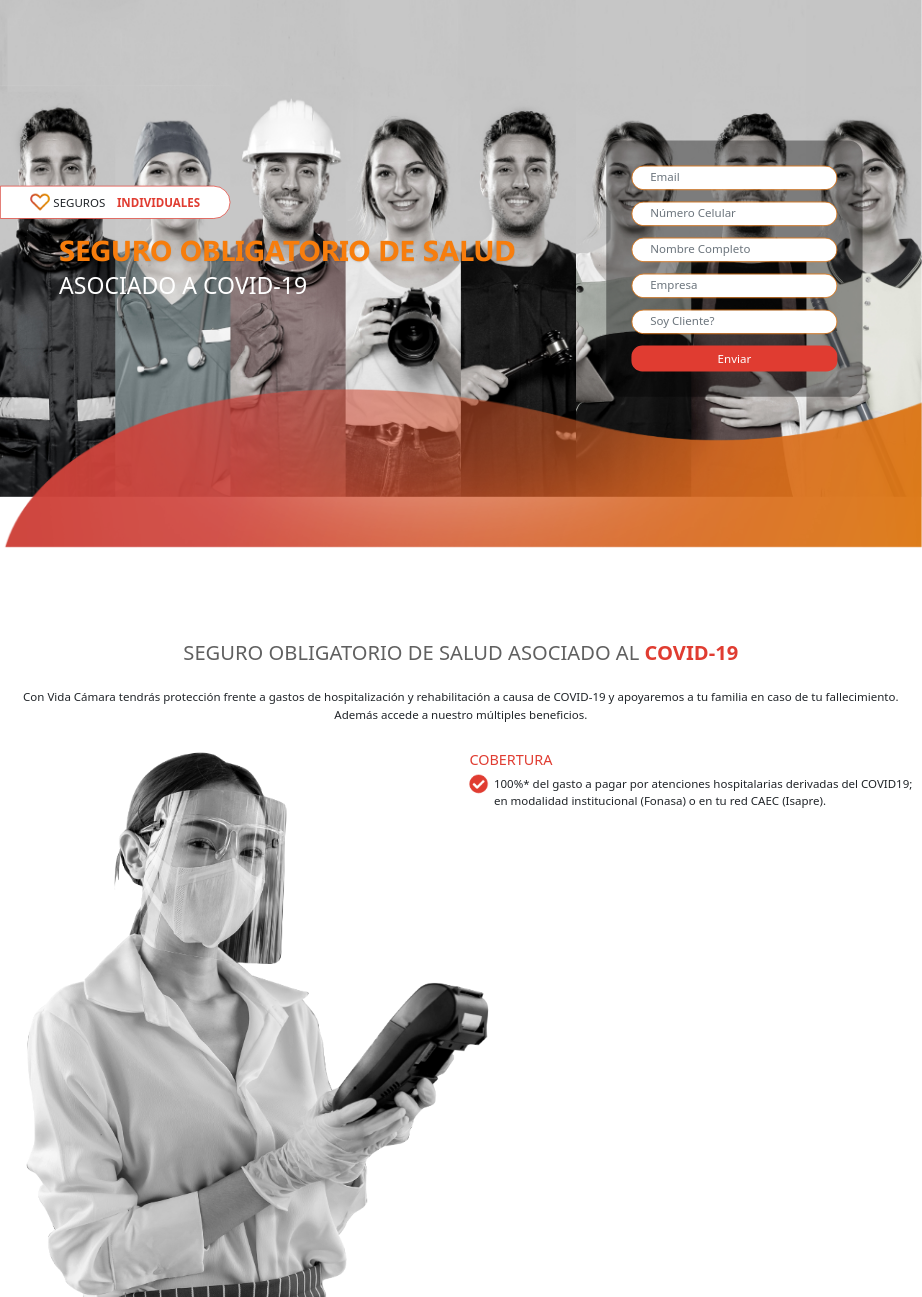
Repository: Darigo30/vidacamara
Page: index.html
These files come from the project's save history. The page is drawn as it stood at one moment and after the next save; the edit follows.
The browser window is 1280 px wide. The pictures show the whole page, at 72% of full size.
Some web fonts or font styles are not loaded; a fallback is used. Some web libraries are served in a nearby version.

Above is the page before, as saved 2021-07-28 22:53:24.
Not found: assets/js/custom.js

After the next save:
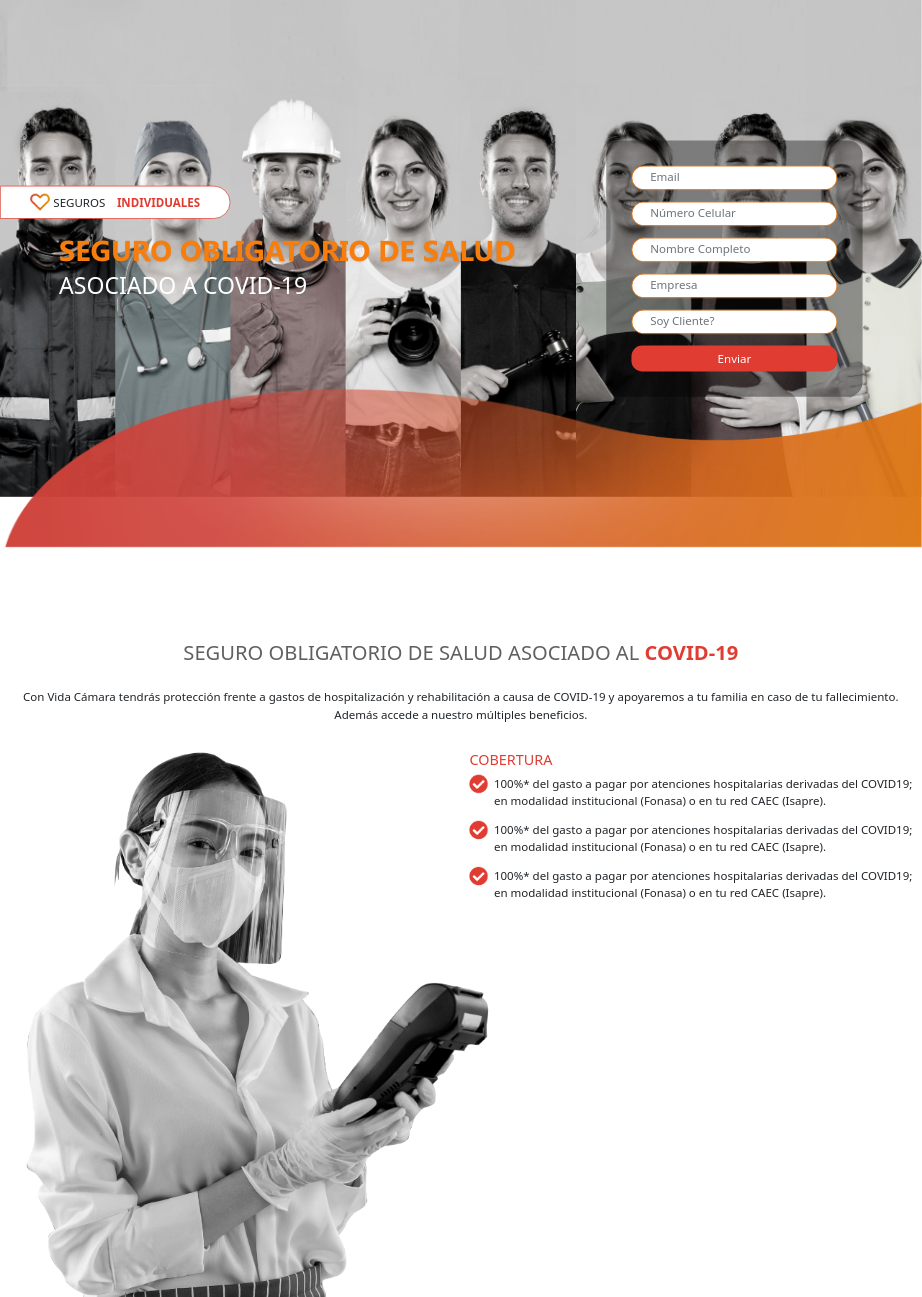
Saved 11 s later.
--- a/index.html
+++ b/index.html
@@ -70,6 +70,14 @@
                             <img src="assets/img/check.png">
                             <p class="ps-2">100%* del gasto a pagar por atenciones hospitalarias derivadas del COVID19; en modalidad institucional  (Fonasa) o en tu red CAEC (Isapre).</p>
                         </div>
+                        <div class="icon-txt-cober">
+                            <img src="assets/img/check.png">
+                            <p class="ps-2">100%* del gasto a pagar por atenciones hospitalarias derivadas del COVID19; en modalidad institucional  (Fonasa) o en tu red CAEC (Isapre).</p>
+                        </div>
+                        <div class="icon-txt-cober">
+                            <img src="assets/img/check.png">
+                            <p class="ps-2">100%* del gasto a pagar por atenciones hospitalarias derivadas del COVID19; en modalidad institucional  (Fonasa) o en tu red CAEC (Isapre).</p>
+                        </div>
                     </div>
                 </div>
             </div>
